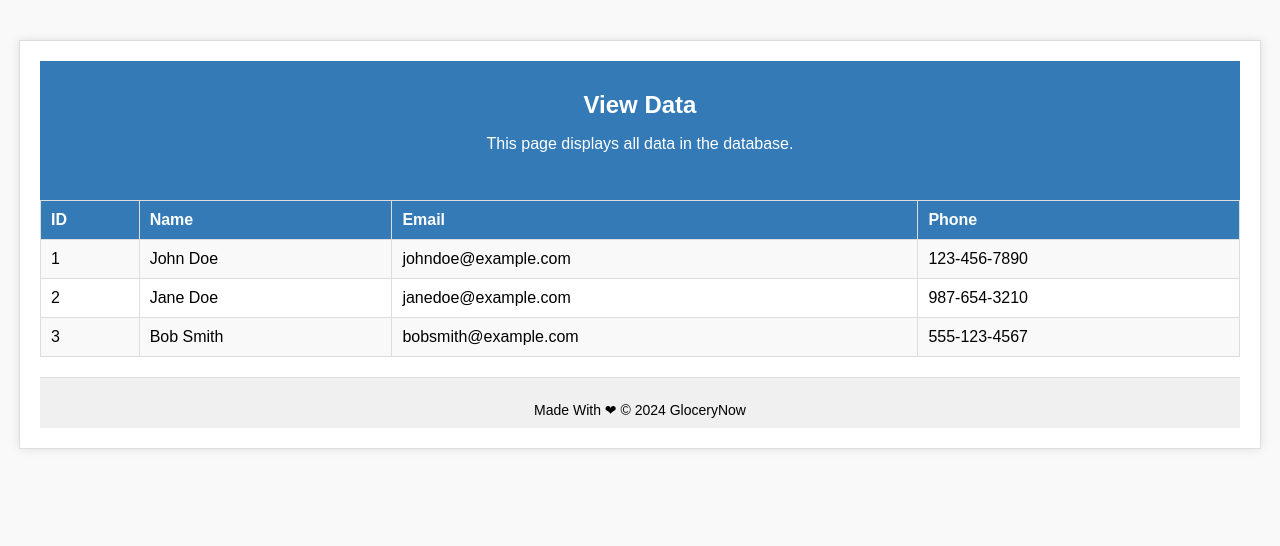
Repository: shamchiwade/GroceryNow
Page: http://localhost/ShopManagement/viewData.jsp
These files come from the project's save history. The page is drawn as it stood at one moment and after the next save; the edit follows.
The browser window is 1280 px wide. The pictures show the whole page.
The page is served by Tomcat 10. Nobody is signed in. The application's start-up code is not run. Other server files are loaded and not shown.

Above is the page before, as saved 2024-10-05 18:42:13.

### ShopManagement/src/main/webapp/viewData.jsp
<%@ page language="java" contentType="text/html; charset=UTF-8"
    pageEncoding="UTF-8"%>
<!DOCTYPE html>
<html>
<head>
    <title>View Data</title>
    <style>
        body {
            font-family: Arial, sans-serif;
            margin: 0;
            padding: 0;
            background-color: #f9f9f9;
        }

        .admin-container {
            max-width: 1200px;
            margin: 40px auto;
            padding: 20px;
            background-color: #fff;
            border: 1px solid #ddd;
            box-shadow: 0 0 10px rgba(0, 0, 0, 0.1);
        }

        .admin-header {
            background-color: #337ab7;
            color: #fff;
            padding: 30px 10px;
            text-align: center;
            border-bottom: 1px solid #337ab7;
        }

        .admin-header h1 {
            margin-top: 0;
            font-size: 24px;
        }

        .data-table {
            width: 100%;
            border-collapse: collapse;
            margin-bottom: 20px;
        }

        .data-table th, .data-table td {
            border: 1px solid #ddd;
            padding: 10px;
            text-align: left;
        }

        .data-table th {
            background-color: #337ab7;
            color: #fff;
        }

        .data-table tr:nth-child(even) {
            background-color: #f9f9f9;
        }

        .data-table tr:hover {
            background-color: #f2f2f2;
        }

        .admin-footer {
            background-color: #f0f0f0;
            padding: 10px;
            text-align: center;
            clear: both;
            border-top: 1px solid #ddd;
        }

        .admin-footer p {
            margin-bottom: 0;
            font-size: 14px;
        }
    </style>
</head>
<body>
    <div class="admin-container">
        <div class="admin-header">
            <h1>View Data</h1>
            <p>This page displays all data in the database.</p>
        </div>
        <table class="data-table">
            <tr>
                <th>ID</th>
                <th>Name</th>
                <th>Email</th>
                <th>Phone</th>
            </tr>
            <tr>
                <td>1</td>
                <td>John Doe</td>
                <td>johndoe@example.com</td>
                <td>123-456-7890</td>
            </tr>
            <tr>
                <td>2</td>
                <td>Jane Doe</td>
                <td>janedoe@example.com</td>
                <td>987-654-3210</td>
            </tr>
            <tr>
                <td>3</td>
                <td>Bob Smith</td>
                <td>bobsmith@example.com</td>
                <td>555-123-4567</td>
            </tr>
        </table>
        <div class="admin-footer">
            <p>Made With ❤ &copy; 2024 GloceryNow</p>
        </div>
    </div>
</body>
</html>

After the next save:
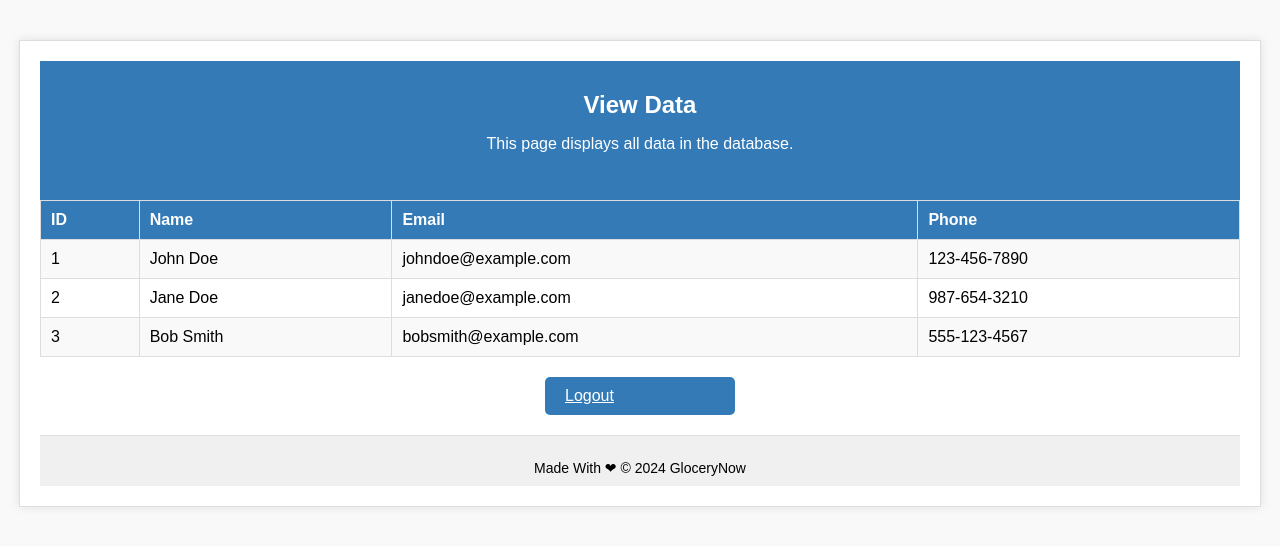
Saved 3 min 20 s later.
--- a/ShopManagement/src/main/webapp/viewData.jsp
+++ b/ShopManagement/src/main/webapp/viewData.jsp
@@ -59,6 +59,24 @@
             background-color: #f2f2f2;
         }
 
+        .logout-button {
+            background-color: #337ab7;
+            color: #fff;
+            padding: 10px 20px;
+            border: none;
+            font-size: 16px;
+            cursor: pointer;
+            border-radius: 5px;
+            display: block;
+            width: 100%;
+            max-width: 150px;
+            margin: 20px auto;
+        }
+
+        .logout-button:hover {
+            background-color: #23527c;
+        }
+
         .admin-footer {
             background-color: #f0f0f0;
             padding: 10px;
@@ -105,6 +123,7 @@
                 <td>555-123-4567</td>
             </tr>
         </table>
+        <a href="logout.jsp" class="logout-button">Logout</a>
         <div class="admin-footer">
             <p>Made With ❤ &copy; 2024 GloceryNow</p>
         </div>

After the save that followed:
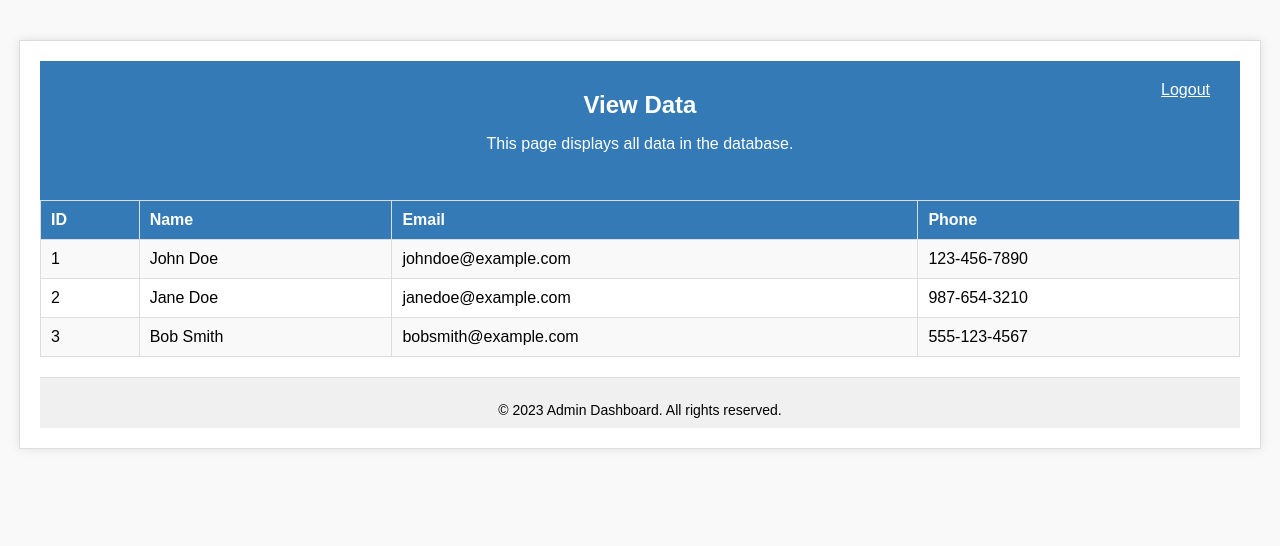
Saved 2 min 46 s later.
--- a/ShopManagement/src/main/webapp/viewData.jsp
+++ b/ShopManagement/src/main/webapp/viewData.jsp
@@ -1,3 +1,5 @@
+<!-- viewData.jsp -->
+
 <%@ page language="java" contentType="text/html; charset=UTF-8"
     pageEncoding="UTF-8"%>
 <!DOCTYPE html>
@@ -27,11 +29,29 @@
             padding: 30px 10px;
             text-align: center;
             border-bottom: 1px solid #337ab7;
+            position: relative;
         }
 
         .admin-header h1 {
             margin-top: 0;
             font-size: 24px;
+        }
+
+        .logout-button {
+            position: absolute;
+            top: 10px;
+            right: 10px;
+            background-color: #337ab7;
+            color: #fff;
+            padding: 10px 20px;
+            border: none;
+            font-size: 16px;
+            cursor: pointer;
+            border-radius: 5px;
+        }
+
+        .logout-button:hover {
+            background-color: #23527c;
         }
 
         .data-table {
@@ -59,24 +79,6 @@
             background-color: #f2f2f2;
         }
 
-        .logout-button {
-            background-color: #337ab7;
-            color: #fff;
-            padding: 10px 20px;
-            border: none;
-            font-size: 16px;
-            cursor: pointer;
-            border-radius: 5px;
-            display: block;
-            width: 100%;
-            max-width: 150px;
-            margin: 20px auto;
-        }
-
-        .logout-button:hover {
-            background-color: #23527c;
-        }
-
         .admin-footer {
             background-color: #f0f0f0;
             padding: 10px;
@@ -96,6 +98,7 @@
         <div class="admin-header">
             <h1>View Data</h1>
             <p>This page displays all data in the database.</p>
+            <a href="logout.jsp" class="logout-button">Logout</a>
         </div>
         <table class="data-table">
             <tr>
@@ -123,9 +126,8 @@
                 <td>555-123-4567</td>
             </tr>
         </table>
-        <a href="logout.jsp" class="logout-button">Logout</a>
         <div class="admin-footer">
-            <p>Made With ❤ &copy; 2024 GloceryNow</p>
+            <p>&copy; 2023 Admin Dashboard. All rights reserved.</p>
         </div>
     </div>
 </body>
